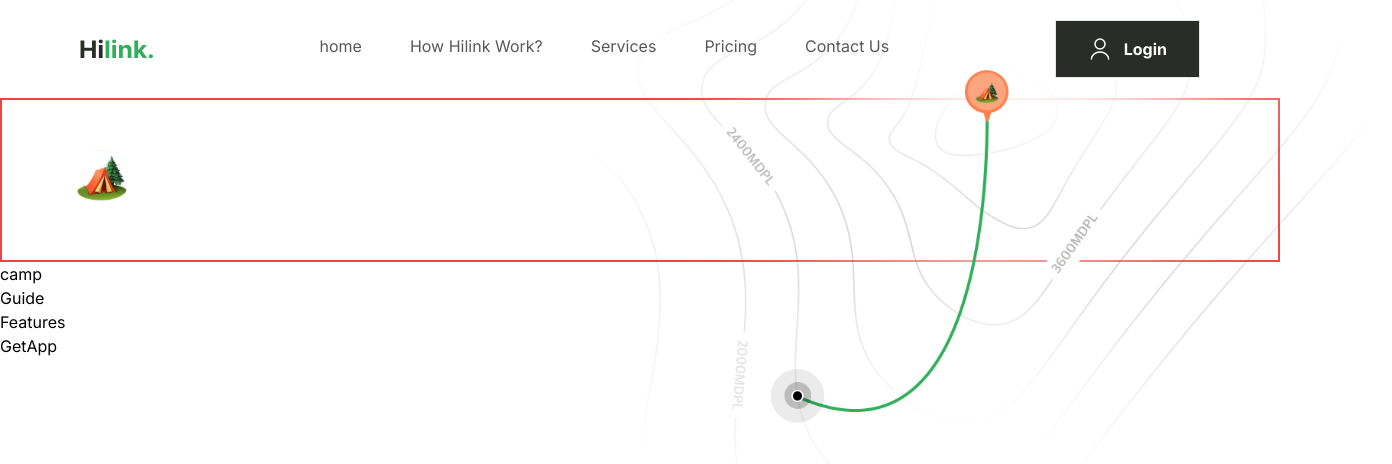
Repository: abdulrahmanmahmood/Travel-App
Page: /
An editor plug-in stored every save of this project. The page is shown before and after the next save, followed by the edit.
The browser window is 1280 px wide. The page is 1392 px wide, so the pictures cover 1392 px, including what lies to the right of the window. The pictures show the whole page.
The project was rebuilt for these pictures with package versions that can differ from the ones it lists, and the page was loaded fresh each time. The framework's server and built-in components were replaced by stand-ins that run in the browser. Also part of the build but not shown: next.config.js.

Above is the page before, as saved 2023-11-01 14:13:48.

After the next save:
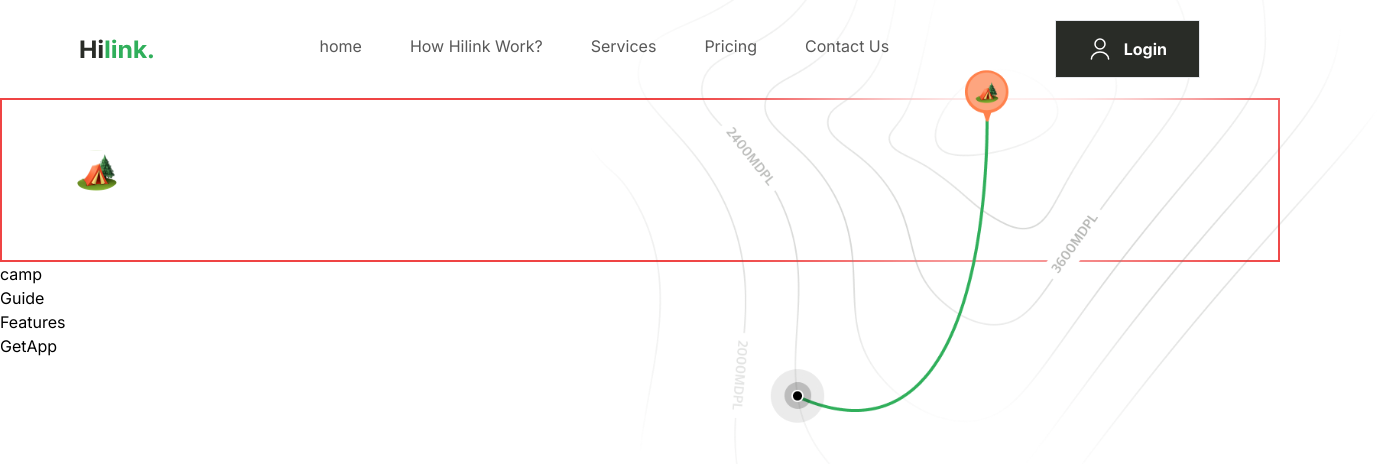
Saved 16 s later.
--- a/components/Hero.tsx
+++ b/components/Hero.tsx
@@ -7,7 +7,7 @@ function Hero() {
       <div className="hero-map"/>
       {/* LEFT */}
       <div className="relative z-20 flex flex-1 flex-col xl:w-1/2">
-        <Image src='/camp.svg' alt="camp" width={50} height={50} className="absolute left-[-5px] top-[-30px]"/>
+        <Image src='/camp.svg' alt="camp" width={50} height={50} className="absolute left-[-5px] top-[-30px] w-10"/>
       </div>
     </section>
   );

After the 3 saves that followed:
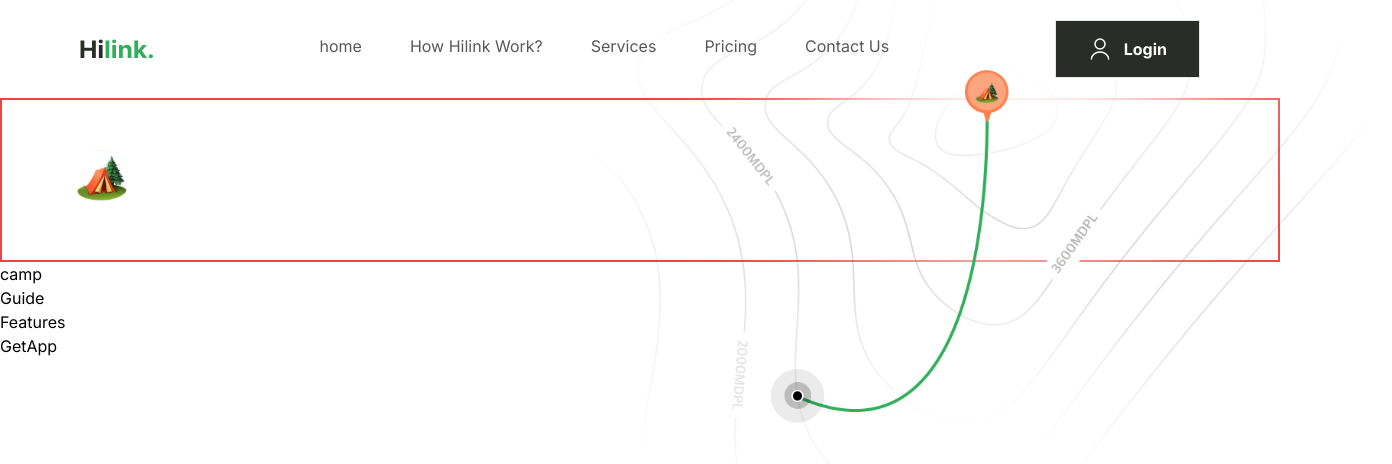
The 3 saves are shown as one change because 1 left the picture as it was and some came seconds apart.
The last was saved 19 s later.
--- a/components/Hero.tsx
+++ b/components/Hero.tsx
@@ -7,7 +7,7 @@ function Hero() {
       <div className="hero-map"/>
       {/* LEFT */}
       <div className="relative z-20 flex flex-1 flex-col xl:w-1/2">
-        <Image src='/camp.svg' alt="camp" width={50} height={50} className="absolute left-[-5px] top-[-30px] w-10"/>
+        <Image src='/camp.svg' alt="camp" width={50} height={50} className="absolute left-[-5px] top-[-30px] w-10 lg:w-[50px]"/>
       </div>
     </section>
   );
